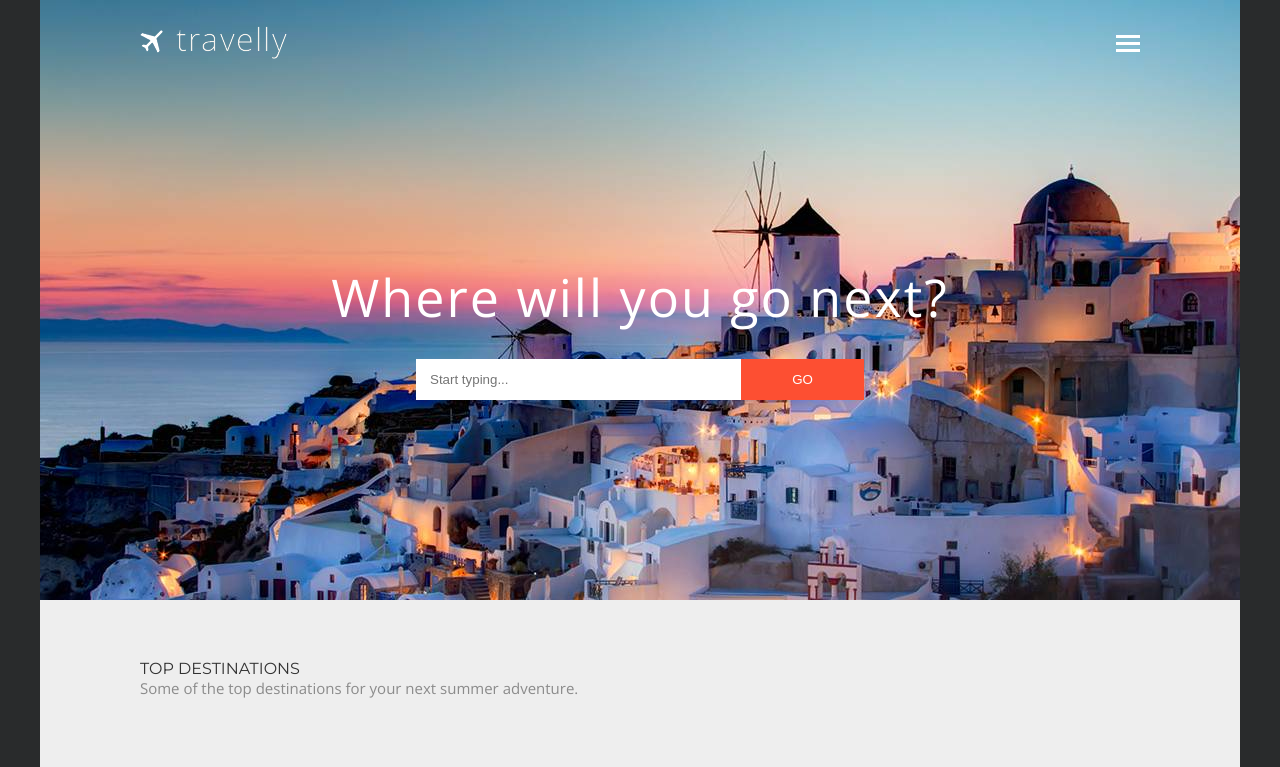
Repository: YusifHasanov/Web-Page-Template
Page: index.html
These files come from the project's save history. The page is drawn as it stood at one moment and after a run of saves; the edit follows.
The browser window is 1280 px wide. The pictures show the whole page.

Above is the page before, as saved 2021-12-05 21:13:06.

After the next 2 saves:
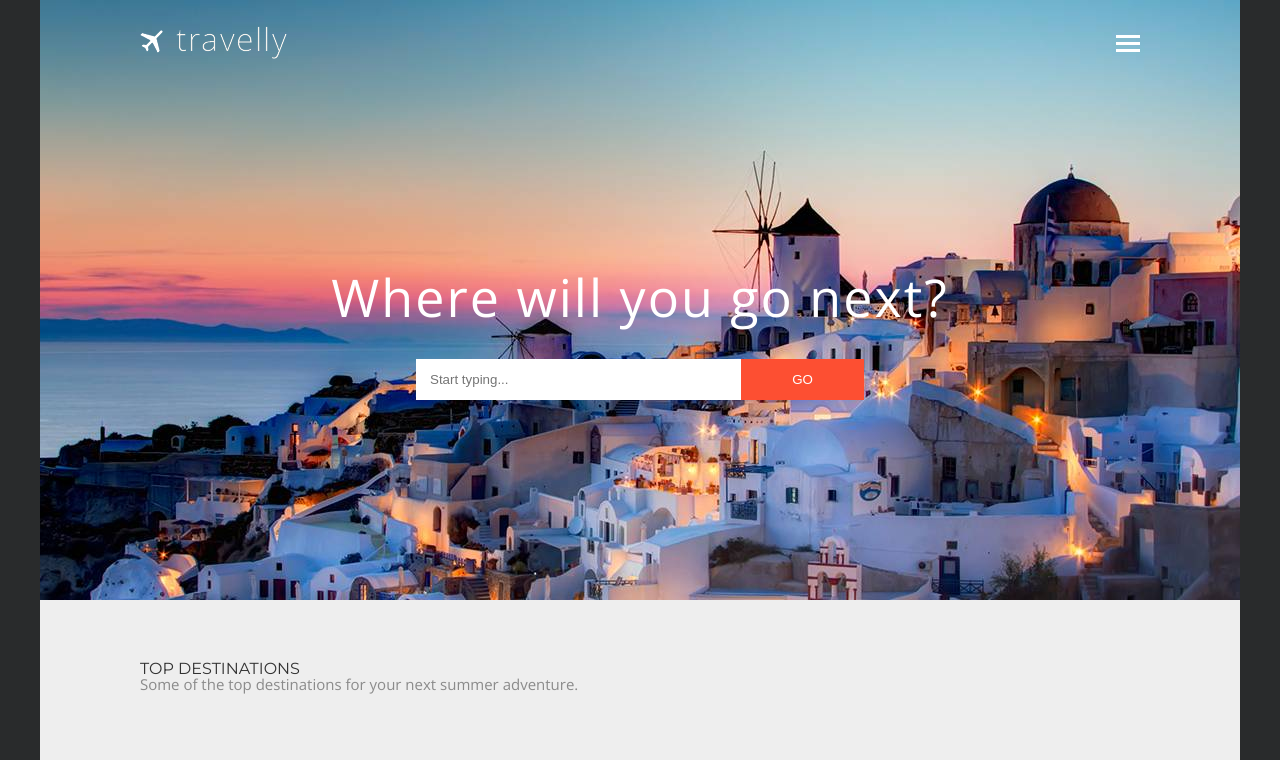
The 2 saves are shown as one change because they came seconds apart.
The last was saved 25 s later.
--- a/css/style.css
+++ b/css/style.css
@@ -101,4 +101,5 @@ button[type='submit'] {
   color: #8b8b8b;
   font-weight: 400;
   font-family: 'Open Sans', sans-serif;
+  line-height: 13px;
 }
